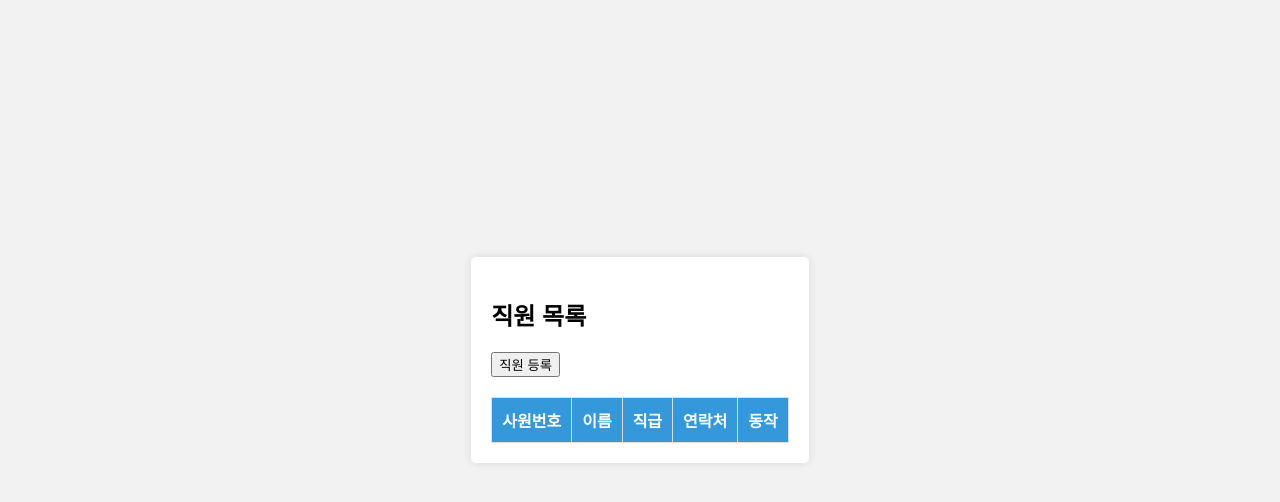
Repository: heyJSH/Study_java_web_sol
Page: http://localhost/jspweb_08/deplist.jsp
The author's editor kept a copy of each file at every save. The page is drawn from the files as they stood at one save, then again after the next save.
The browser window is 1280 px wide. The pictures show the whole page.
The page is served by Tomcat 9. Other server files are loaded and not shown. Queries for data that is not in the repository find no rows.

Above is the page before, as saved 2024-01-12 08:06:00.

### workspace_stsb/jspweb_08/src/main/webapp/deplist.jsp
<!-- 부서목록 가져옴 -->
<!-- 1.화면설계, 2.디비접속, rs = pstmt.executeQuery(); => select, int result = executeUpdate(); => insert, update, delete -->
<%@page import="java.util.ArrayList"%>
<%@ page language="java" contentType="text/html; charset=UTF-8"
    pageEncoding="UTF-8"%>

<!-- 디비접속 -->
<%@ page import ="java.sql.*" %>
<%@ page import="utils.DBconfig" %>
<%@ page import="java.util.*" %>
<%@ page import = "vo.DepVo" %>

<!DOCTYPE html>
<html>
<head>
<meta charset="UTF-8">
<title>Insert title here</title>
<style>
	/* 부서 목록 CSS */
   body {
      font-family: Arial, sans-serif;
      background-color: #f2f2f2;
      margin: 0;
      padding: 0;
      display: flex;
      justify-content: center;
      align-items: center;
      height: 100vh;
   }
   .department-list {
      background-color: #fff;
      padding: 20px;
      border-radius: 5px;
      box-shadow: 0 0 10px rgba(0, 0, 0, 0.1);
   }

   table {
      width: 100%;
      border-collapse: collapse;
      margin-top: 20px;
   }

   th, td {
      border: 1px solid #ddd;
      padding: 10px;
      text-align: left;
   }

   th {
      background-color: #3498db;
      color: #fff;
   }
</style>
</head>
<body>

	<%
      // 오라클 디비와 접속
      Connection connection = null;
      // 접속하기
      try {
        //connection = DriverManager.getConnection(JDBC_URL, USER, PASSWORD);
        connection = DBconfig.getConnection();
        System.out.println("jsp계정 접속성공");
      }catch(Exception e) {
   	  	System.out.println("jsp계정 접속실패");
      }

      // 직원정보 목록을 가져오는 쿼리 실행
      // Statement stmt = null;
      PreparedStatement pstmt = null;
      ResultSet rs = null;		// select된 결과를 저장하는 배열
      ArrayList<DepVo> emplist = new ArrayList<>();	// 상단에 page import="java.util.*"

      try {
    	  String sql = "SELECT * FROM DEPARTMENTS";
    	  // ?있을 때는 pstmt = connection.prepareStatement(sql);
    	  // ?없이 가져올때는 stmt = connection.createStatement();
    	  // stmt = connection.createStatement();
    	  pstmt = connection.prepareStatement(sql);
    	  rs = pstmt.executeQuery();
    	  while(rs.next()) {
    		  DepVo depvo = new DepVo();	// 상단에 @ page import = "vo.*"
    		  depvo.setDepart_id(rs.getString("DEPART_ID"));
    		  depvo.setDepart_name(rs.getString("DEPART_NAME"));
    		  depvo.setLocation(rs.getString("LOCATION"));
    		  depvo.setPhone_number(rs.getString("PHONE_NUMBER"));
    		  emplist.add(depvo);
    	  }
    	  System.out.println("총개수: " + emplist.size());
      } catch(SQLException se) {
    	  System.out.println("에러로그: 직원목록==> " + se.getMessage());
      }
   %>

	 <div class="department-list">
        <h2>직원 목록</h2>
        <button onclick="handleAddButtonClick()">직원 등록</button> <!-- 등록 버튼 추가 -->
        <table>
            <thead>
            <tr>
            <th>사원번호</th>
                <th>이름</th>
                <th>직급</th>
                <th>연락처</th>
                <th>동작</th> <!-- 새로운 열 추가 -->

            </tr>
            </thead>
            <tbody>
            <%
            	for(int i=0; i<emplist.size(); i++) {
            		DepVo temp = emplist.get(i);
            %>
            <tr>
            	<td><%= temp.getDepart_id() %></td>
                <td><%= temp.getDepart_name() %></td>
                <td><%= temp.getLocation() %></td>
                <td><%= temp.getPhone_number() %></td>
                <td><button onclick="handleButtonClick(0)">수정 처리</button> <!-- 버튼 추가 -->
                	<button onclick="handleButtonClick(0)">삭제 처리</button> <!-- 버튼 추가 -->

                </td> <!-- 상세보기 버튼 추가 -->
            </tr>
            <%
            	}
            %>

            <!-- 다른 부서들의 정보도 추가할 수 있습니다. -->
            </tbody>
        </table>
    </div>

    <script>
      function handleAddButtonClick() {
           location.href="depform.jsp";
       }
   </script>
</body>
</html>

### workspace_stsb/jspweb_08/src/main/java/utils/DBconfig.java
package utils;

import java.sql.Connection;
import java.sql.DriverManager;
import java.sql.SQLException;

public class DBconfig {

    // Oracle 데이터베이스 연결 정보 설정
    private static final String JDBC_URL = "jdbc:oracle:thin:@localhost:1521:orcl";
    private static final String USER = "jsp";
    private static final String PASSWORD = "123456";

    // 데이터베이스 연결을 반환하는 메서드
    public static Connection getConnection() throws SQLException {
        return DriverManager.getConnection(JDBC_URL, USER, PASSWORD);
    }

}

After the next save:
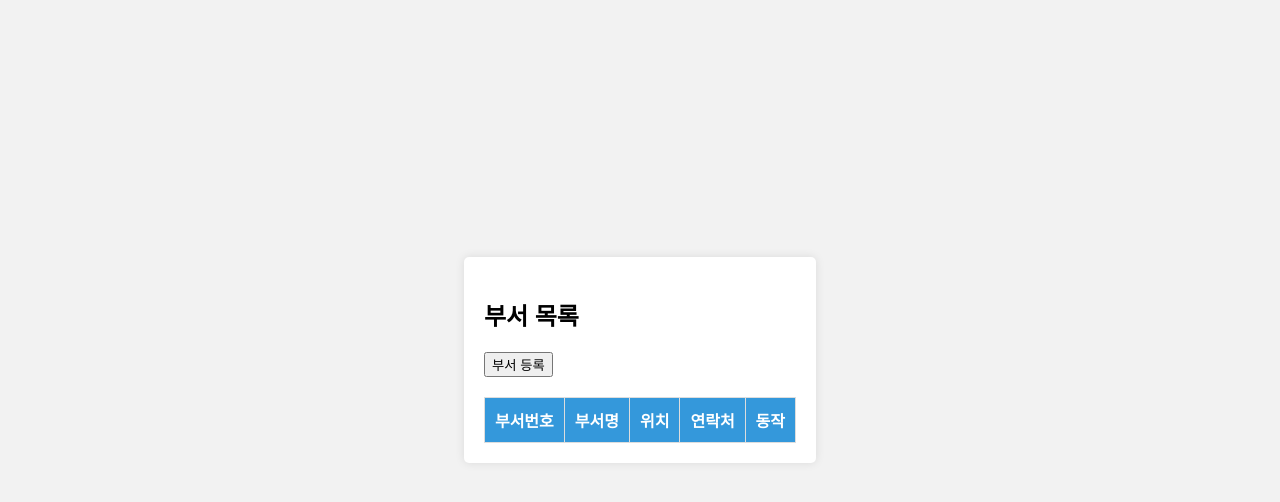
Saved 2 min 15 s later.
--- a/workspace_stsb/jspweb_08/src/main/webapp/deplist.jsp
+++ b/workspace_stsb/jspweb_08/src/main/webapp/deplist.jsp
@@ -89,22 +89,21 @@
     	  }
     	  System.out.println("총개수: " + emplist.size());
       } catch(SQLException se) {
-    	  System.out.println("에러로그: 직원목록==> " + se.getMessage());
+    	  System.out.println("에러로그: 부서목록==> " + se.getMessage());
       }
    %>
 
 	 <div class="department-list">
-        <h2>직원 목록</h2>
-        <button onclick="handleAddButtonClick()">직원 등록</button> <!-- 등록 버튼 추가 -->
+        <h2>부서 목록</h2>
+        <button onclick="handleAddButtonClick()">부서 등록</button> <!-- 등록 버튼 추가 -->
         <table>
             <thead>
             <tr>
-            <th>사원번호</th>
-                <th>이름</th>
-                <th>직급</th>
-                <th>연락처</th>
-                <th>동작</th> <!-- 새로운 열 추가 -->
-
+	            <th>부서번호</th>
+	            <th>부서명</th>
+	            <th>위치</th>
+	            <th>연락처</th>
+	            <th>동작</th> <!-- 새로운 열 추가 -->
             </tr>
             </thead>
             <tbody>
